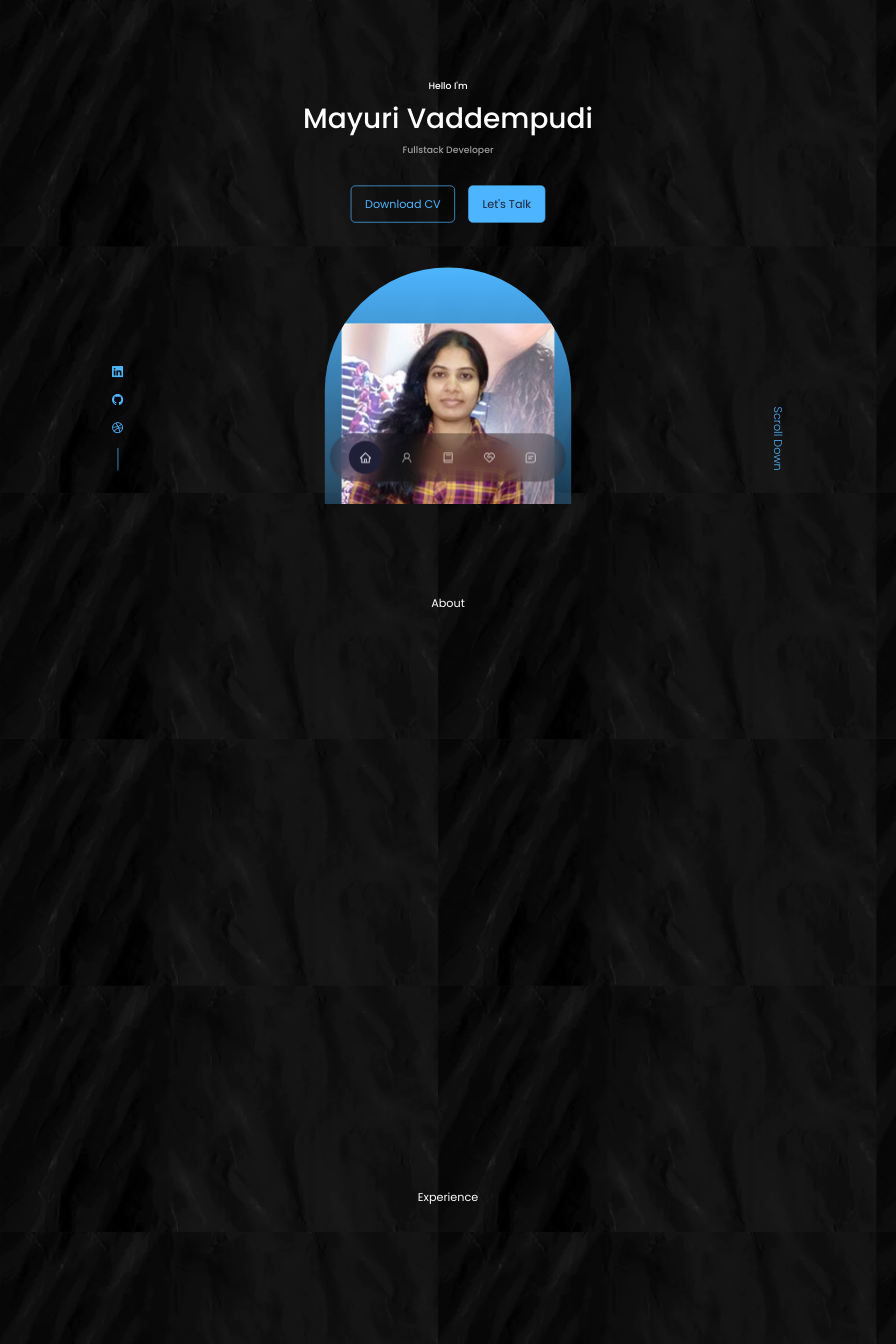
Repository: mayuri2018/Mr_react_portfolio
Page: /
These files come from the project's save history. The page is drawn as it stood at one moment and after the next save; the edit follows.
The browser window is 1280 px wide. The pictures show the part of the page from y = 0 to 1920 px (the page is 5835 px tall), at 70% of full size.
The project was rebuilt for these pictures with package versions that can differ from the ones it lists, and the page was loaded fresh each time. Also part of the build but not shown: src/components/about/about.css, src/components/experience/experience.css, src/components/services/services.css, src/components/portfolio/portfolio.css, src/components/testimonials/testimonials.css, src/components/contact/contact.css, src/components/footer/footer.css.

Above is the page before, as saved 2023-01-25 13:00:11.

### public/index.html
<!DOCTYPE html>
<html lang="en">
  <head>
    <meta charset="utf-8" />
    <link rel="icon" href="%PUBLIC_URL%/favicon.ico" />
    <meta name="viewport" content="width=device-width, initial-scale=1" />
    <meta name="theme-color" content="#000000" />
    <meta
      name="description"
      content="Web site created using create-react-app"
    />
    <link rel="apple-touch-icon" href="%PUBLIC_URL%/logo192.png" />
    <!--
      manifest.json provides metadata used when your web app is installed on a
      user's mobile device or desktop. See https://developers.google.com/web/fundamentals/web-app-manifest/
    -->
    <link rel="manifest" href="%PUBLIC_URL%/manifest.json" />
    <!--
      Notice the use of %PUBLIC_URL% in the tags above.
      It will be replaced with the URL of the `public` folder during the build.
      Only files inside the `public` folder can be referenced from the HTML.

      Unlike "/favicon.ico" or "favicon.ico", "%PUBLIC_URL%/favicon.ico" will
      work correctly both with client-side routing and a non-root public URL.
      Learn how to configure a non-root public URL by running `npm run build`.
    -->
    <title>React portfolio</title>
  </head>
  <body>
    <noscript>You need to enable JavaScript to run this app.</noscript>
    <div id="root"></div>
    <!--
      This HTML file is a template.
      If you open it directly in the browser, you will see an empty page.

      You can add webfonts, meta tags, or analytics to this file.
      The build step will place the bundled scripts into the <body> tag.

      To begin the development, run `npm start` or `yarn start`.
      To create a production bundle, use `npm run build` or `yarn build`.
    -->
  </body>
</html>

### src/index.css
@import url('https://fonts.googleapis.com/css2?family=Poppins:wght@300;400;500;600&display=swap');
*{
  margin:0;
  padding: 0;
  border: 0;
  outline: 0;
  box-sizing:border-box;
  list-style: none;
  text-decoration: none;
}
:root{
  --color-bg:#1f1f38;
  --color-bg-variant:#2c2c6c;
  --color-primary:#4db5ff;
  --color-primary-vriant:rgba(77,181,255,0.4);
  --color-white:#fff;
  --color-light:rgba(255, 255, 255, 0.6);
  --transition: all 400ms;
  --container-width-lg:75%;
  --container-width-md:86%;
  --container-width-ms:90%;
}

html {
  scroll-behavior: smooth;
}

::-webkit-scrollbar{
  display: none;
}
body{
  font-family: "Poppins", sans-serif;
  background:var (--color-white);
  color: var(--color-white);
  line-height: 1.7;
  background-image: url(../src/assets/bg-texture.webp);
}
/*---------general style---------*/
.container{
  width: var(--container-width-lg);
  margin: 0 auto;
}

h1,
h2,
h3,
h4,
h5{
  font-weight:500;
}
h1{
  font-size: 2.5rem;
}
section{
  margin-top: 8rem;
  height: 100vh;
}
section > h2,
section >h5{
  text-align: center;
  color: var(--color-light);
}
section > h2{
  color: var(--color-primary);
  margin-bottom: 3rem;
}
.text-light{
  color: var(--color-light);
}
a{
  color: var(--color-primary);
  transition: var(--transition);
}
a:hover{
  color: var(--color-white);
}
.btn{
  width: max-content;
  display: inline-block;
  color: var(--color-primary);
  padding: 0.75rem 1.2rem;
  border-radius: 0.4rem;
  cursor: pointer;
  border: 1px solid var(--color-primary);
  transition: var(--transition);
}
.btn:hover{
  background: var(--color-white);
  color: var(--color-bg);
  border-color: transparent;
}
.btn-primary{
  background: var(--color-primary);
  color: var(--color-bg);
}
img{
  display: block;
  width: 100%;
  object-fit: cover;
}
/*----------Media Queries (Medium devices)-----*/
@media screen and (max-width: 1024px){
  .container{
    width: var(--container-width-md);
  }
  section{
    margin-top: 6rem;
  }

}
/*----------Media Queries (small devices)-----*/
@media screen and (max-width: 600px){
  .container{
    width: var(--container-width-md);
  }
  section > h2{
    margin-bottom: 2rem;
  }

}

### src/App.js
import logo from './logo.svg';
import './App.css';
import Header from "./components/header/Header";
import Nav from "./components/nav/Nav";
import About from "./components/about/About";
import Experience from "./components/experience/Experience";
import Services from "./components/services/Services";
import Portfolio from "./components/portfolio/Portfolio";
import Testimonials from "./components/testimonials/Testimonials";
import Contact from "./components/contact/Contact";
import Footer from "./components/footer/Footer";

function App() {
  return (
    <div className="App">
      <Header/>
      <Nav/>
      <About/>
      <Experience/>
      <Services/>
      <Portfolio/>
      <Testimonials/>
      <Contact/>
      <Footer/>

    </div>
  );
}

export default App;

### src/components/header/Header.jsx
import React from "react";
import "./header.css";
import ME from "../../assets/ME.jpeg";
import CTA from "./CTA";
import HeaderSocials from "./HeaderSocials";

export default function Header(){
    return(
        <header>
            <div className="container header_container">
                <h5>Hello I'm</h5>
                <h1>Mayuri Vaddempudi</h1>
                <h5 className="text-light">Fullstack Developer</h5>
                <CTA/>
                <HeaderSocials/>
                <div className="me">
                    <img src={ME} alt="me"/>
                </div>
                <a href="#contact" className="scroll_down">Scroll Down</a>
            </div>
        </header>

    )
}

### src/components/nav/Nav.jsx
import React from "react";
import "./nav.css";
import {AiOutlineHome} from "react-icons/ai";
import {BiBook} from "react-icons/bi";
import {AiOutlineUser} from "react-icons/ai";
import {RiServiceLine} from "react-icons/ri";
import {BiMessageSquareDetail} from "react-icons/bi";
import { useState } from "react";

export default function Nav(){
    const[activeNav, setActiveNav] = useState("#")
    return(
        <nav>
            <a href="#" onClick = {()=> setActiveNav("#")}className={activeNav === "#" ? "active" : ""}><AiOutlineHome/></a>
            <a href="#about" onClick = {()=> setActiveNav("#about")}className={activeNav === "#about" ? "active" : ""}><AiOutlineUser/></a>
            <a href="#experience" onClick = {()=> setActiveNav("#experience")}className={activeNav === "#experience" ? "active" : ""}><BiBook/></a>
            <a href="#services" onClick = {()=> setActiveNav("#services")}className={activeNav === "#services" ? "active" : ""}><RiServiceLine/></a>
            <a href="#contact" onClick = {()=> setActiveNav("#contact")}className={activeNav === "#contact" ? "active" : ""}><BiMessageSquareDetail/></a>
        </nav>

    )
}

### src/components/about/About.jsx
import React from "react";
import "./about.css";

export default function About(){
    return(
        <section id="about">About</section>
    )
}

### src/components/experience/Experience.jsx
import React from "react";
import "./experience.css";

export default function Experience (){
    return(
        <section id="experience">Experience</section>
    )
}

### src/components/services/Services.jsx
import React from "react";
import "./services.css";

export default function Services(){
    return(
        <section id="services">Services</section>
    )
}

### src/components/portfolio/Portfolio.jsx
import React from "react";
import "./portfolio.css";

export default function Portfolio(){
    return(
        <section id="portfolio">Portfolio</section>
    )
}

### src/components/testimonials/Testimonials.jsx
import React from "react";
import "./testimonials.css";

export default function Testimonials(){
    return(
        <section id="testimonials">Testimonials</section>
    )
}

### src/components/contact/Contact.jsx
import React from "react";
import "./contact.css";

export default function Contact(){
    return(
        <section id="contact">Contact</section>
    )
}

### src/components/footer/Footer.jsx
import React from "react";
import "./footer.css";

export default function Footer(){
    return(
        <div>Footer</div>
    )
}

### src/components/header/header.css
header{
    height: 100vh;
    padding-top: 7rem;
    overflow: hidden;
}
.header_container{
    text-align: center;
    height: 100%;
    position: relative;
}
/*------------CTA-----------*/
.cta{
    margin-top: 2.5rem;
    display: flex;
    gap: 1.2rem;
    justify-content: center;
}
/*------------headerSocials-----------*/
.header_socials{
    display: flex;
    flex-direction: column;
    align-items: center;
    gap: 0.8rem;
    position: absolute;
    left: 0;
    bottom: 3rem;
}
.header_socials::after{
    content: "";
    width: 1px;
    height: 2rem;
    background: var(--color-primary);
}
/*------------ME-----------*/
.me{
    background: linear-gradient(var(--color-primary), transparent);
    width: 22rem;
    height: 30rem;
    position: absolute;
    left: calc(50% - 11rem);
    margin-top: 4rem;
    border-radius: 12rem 12rem 0 0;
    overflow: hidden;
    padding: 5rem 1.5rem 1.5rem 1.5rem;
}
/*------------scroll down-----------*/
.scroll_down{
    position: absolute;
    right: -2.3rem;
    bottom: 5rem;
    transform: rotate(90deg);
    font-weight: 300;
    font-size: 0.9;
}
/*----------Media Queries (Medium devices)-----*/
@media screen and (max-width: 1024px){
    header{
        height: 68vh;
    }

  }
  /*----------Media Queries (small devices)-----*/
  @media screen and (max-width: 600px){
    header{
        height: 100vh;
    }
    .header_socials,
    .scroll_down{
        display: none;
    }
  }

### src/components/header/CTA.jsx
import React from "react";

export default function CTA(){
    return(
        <div className="cta">
           <a href="{CV}" className="btn">Download CV</a>
           <a href="#contact" className="btn btn-primary">Let's Talk</a>
        </div>
    )
}

### src/components/header/HeaderSocials.jsx
import React from "react";
import {BsLinkedin} from "react-icons/bs";
import {BsGithub} from "react-icons/bs";
import {FaDribbble} from "react-icons/fa";

export default function HeaderSocials(){
    return(
        <div className="header_socials">
            <a href="https://linkedin.com" target="_blank"><BsLinkedin/></a>
            <a href="https://github.com" target="_blank"><BsGithub/></a>
            <a href="https://dribble.com" target="_blank"><FaDribbble/></a>
        </div>
    )
}

### src/components/nav/nav.css
nav{
    background: rgba(0, 0, 0, 0.3);
    width: max-content;
    display: block;
    padding: 0.7rem 1.7rem;
    z-index: 2;
    position: fixed;
    left: 50%;
    transform: translate(-50%);
    bottom: 2rem;
    display: flex;
    gap: 0.8rem;
    border-radius: 3rem;
    backdrop-filter: blur(15px);
}
nav a{
    background: transparent;
    padding: 0.9rem;
    border-radius: 50%;
    display: flex;
    color: var(--color-light);
    font-size: 1.1rem;
}
nav a:hover{
    background:rgba(0, 0, 0, 0.3);
}
nav a.active{
    background: var(--color-bg);
    color: var(--color-white);
}

Loaded but not shown: src/index.js (common file); src/reportWebVitals.js (common file); src/App.css (common file)

After the next save:
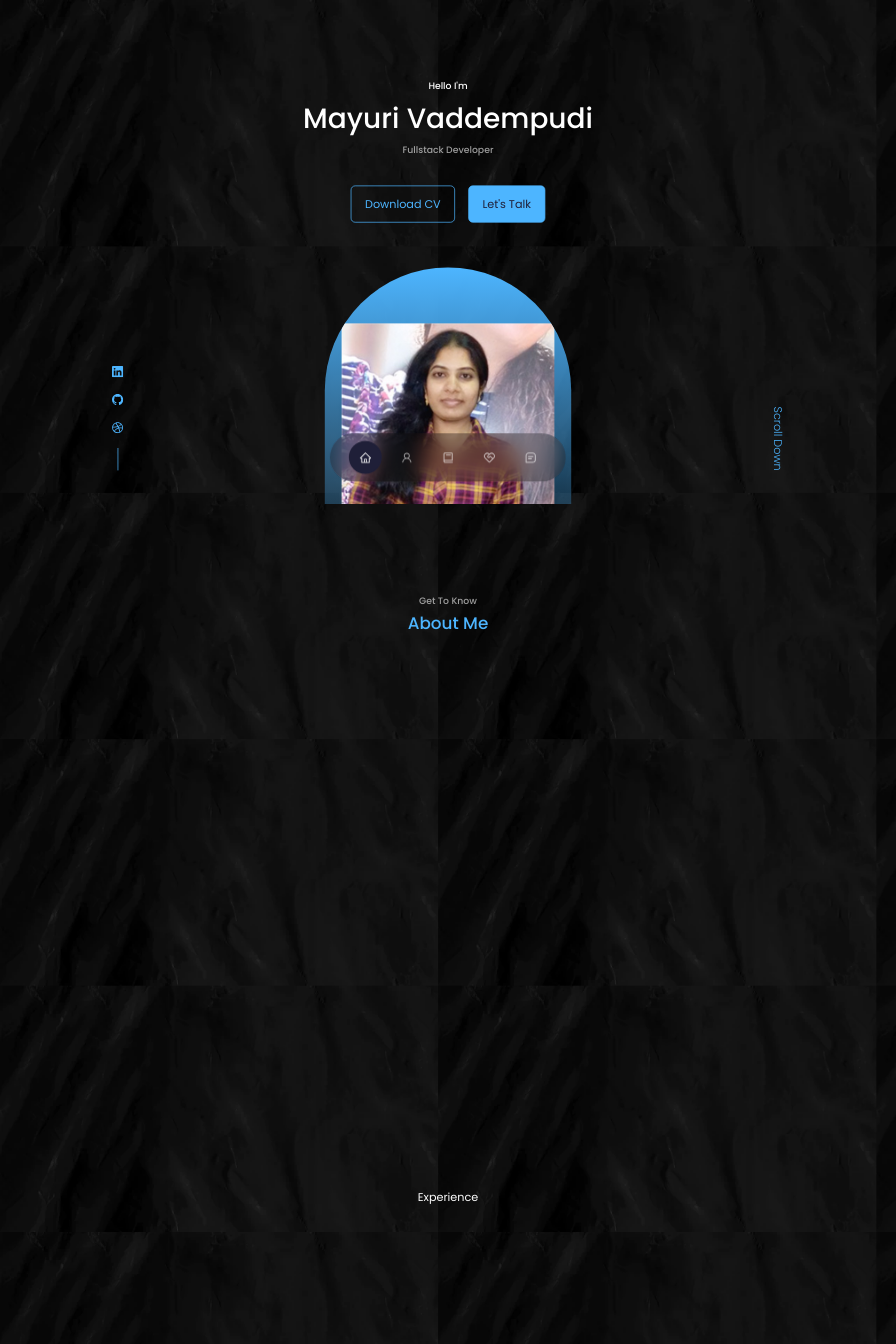
Saved 106 s later.
--- a/src/components/about/About.jsx
+++ b/src/components/about/About.jsx
@@ -3,6 +3,9 @@ import "./about.css";
 
 export default function About(){
     return(
-        <section id="about">About</section>
+        <section id="about">
+            <h5>Get To Know</h5>
+            <h2>About Me</h2>
+        </section>
     )
 }
